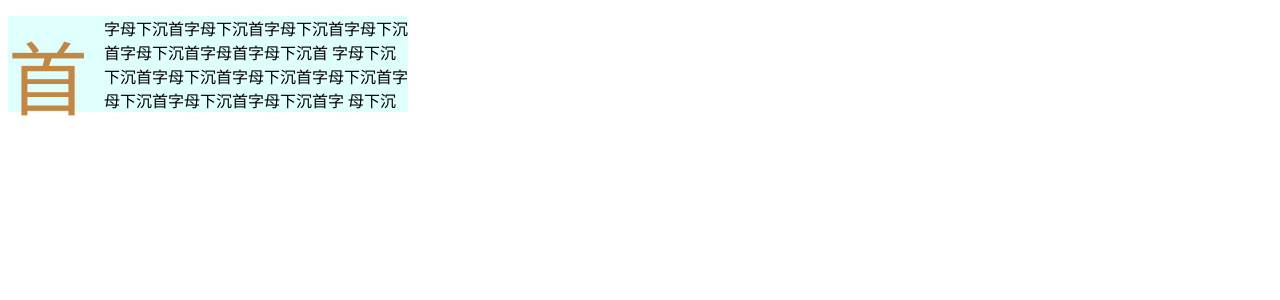
Repository: Gin1217/frontStudy
Page: first-letter.html
An editor plug-in stored every save of this project. The page is shown before and after the next save, followed by the edit.
The browser window is 1280 px wide. The pictures show the whole page.

Above is the page before, as saved 2021-03-12 22:28:18.

### first-letter.html
<!DOCTYPE html>
<html lang="en">

<head>
    <meta charset="UTF-8">
    <meta http-equiv="X-UA-Compatible" content="IE=edge">
    <meta name="viewport" content="width=device-width, initial-scale=1.0">
    <title>首字下沉</title>

    <style>
        .body {
            width: 400px;
            background-color: #dffffd;
        }

        p::first-letter {
            color: #c28743;
            float: left;
            font-size: 5em;
            margin: 0 .2em 0 0;
        }
    </style>
</head>

<body>
    <p class="body">
        ⾸字⺟下沉⾸字⺟下沉⾸字⺟下沉⾸字⺟下沉⾸字⺟下沉⾸字⺟⾸字⺟下沉⾸
        字⺟下沉
        下沉⾸字⺟下沉⾸字⺟下沉⾸字⺟下沉⾸字⺟下沉⾸字⺟下沉⾸字⺟下沉⾸字
        ⺟下沉
    </p>

</body>

</html>

After the next save:
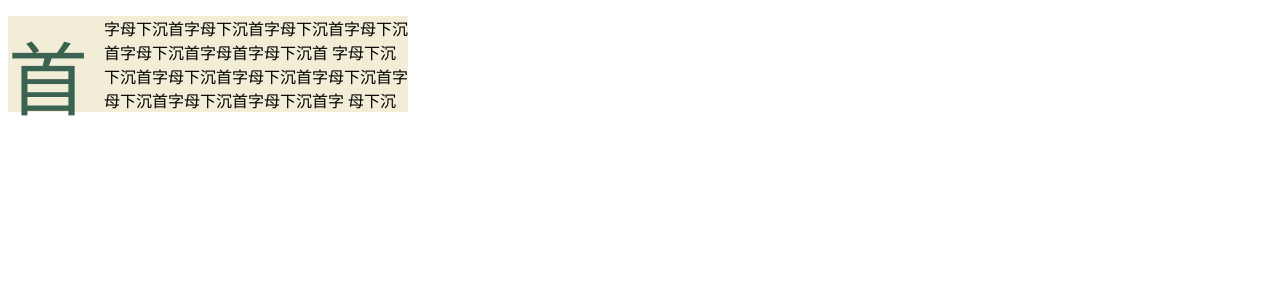
Saved 115 s later.
--- a/first-letter.html
+++ b/first-letter.html
@@ -8,13 +8,13 @@
     <title>首字下沉</title>
 
     <style>
-        .body {
+        p {
             width: 400px;
-            background-color: #dffffd;
+            background-color: #f2edd7;
         }
 
         p::first-letter {
-            color: #c28743;
+            color:#3a6351;
             float: left;
             font-size: 5em;
             margin: 0 .2em 0 0;
@@ -23,7 +23,7 @@
 </head>
 
 <body>
-    <p class="body">
+    <p>
         ⾸字⺟下沉⾸字⺟下沉⾸字⺟下沉⾸字⺟下沉⾸字⺟下沉⾸字⺟⾸字⺟下沉⾸
         字⺟下沉
         下沉⾸字⺟下沉⾸字⺟下沉⾸字⺟下沉⾸字⺟下沉⾸字⺟下沉⾸字⺟下沉⾸字
